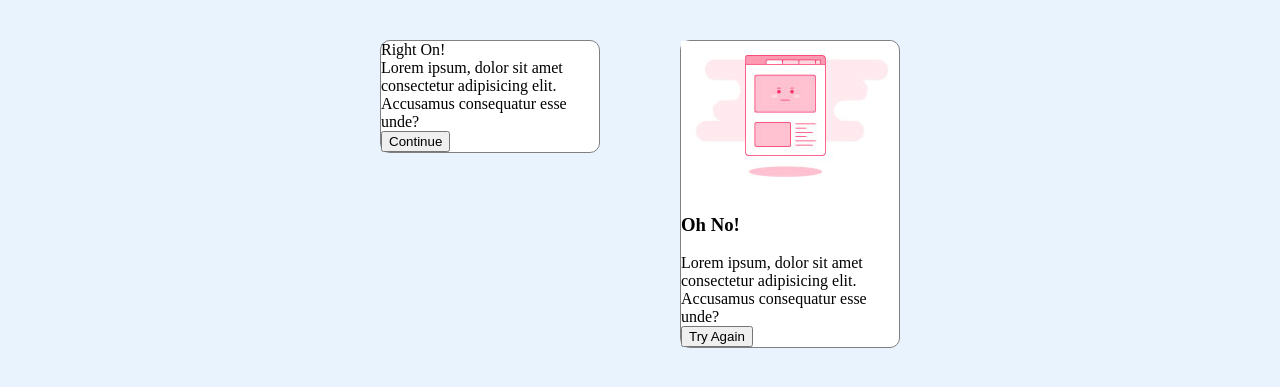
Repository: giahuy405/flash_message_BEM
Page: index.html
The author's editor kept a copy of each file at every save. The page is drawn from the files as they stood at one save, then again after the next save.
The browser window is 1280 px wide. The pictures show the whole page.

Above is the page before, as saved 2022-09-06 02:28:55.

After the next save:
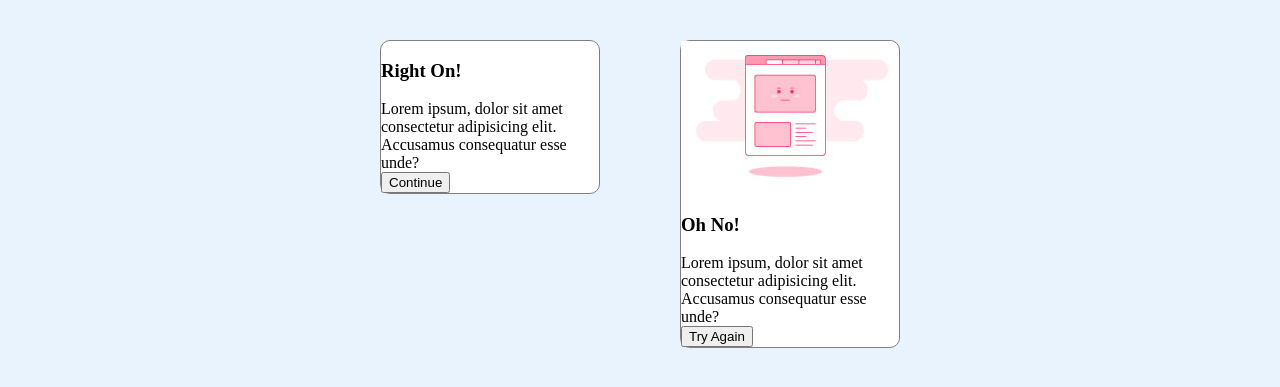
Saved 5 s later.
--- a/index.html
+++ b/index.html
@@ -38,7 +38,7 @@
 
                     </div>
                     <div class="flash-message__title">
-                        Right On!
+                        <h3>Right On!</h3>
                     </div>
                     <div class="flash-message__desc">
                         Lorem ipsum, dolor sit amet consectetur adipisicing elit. Accusamus consequatur esse unde?
